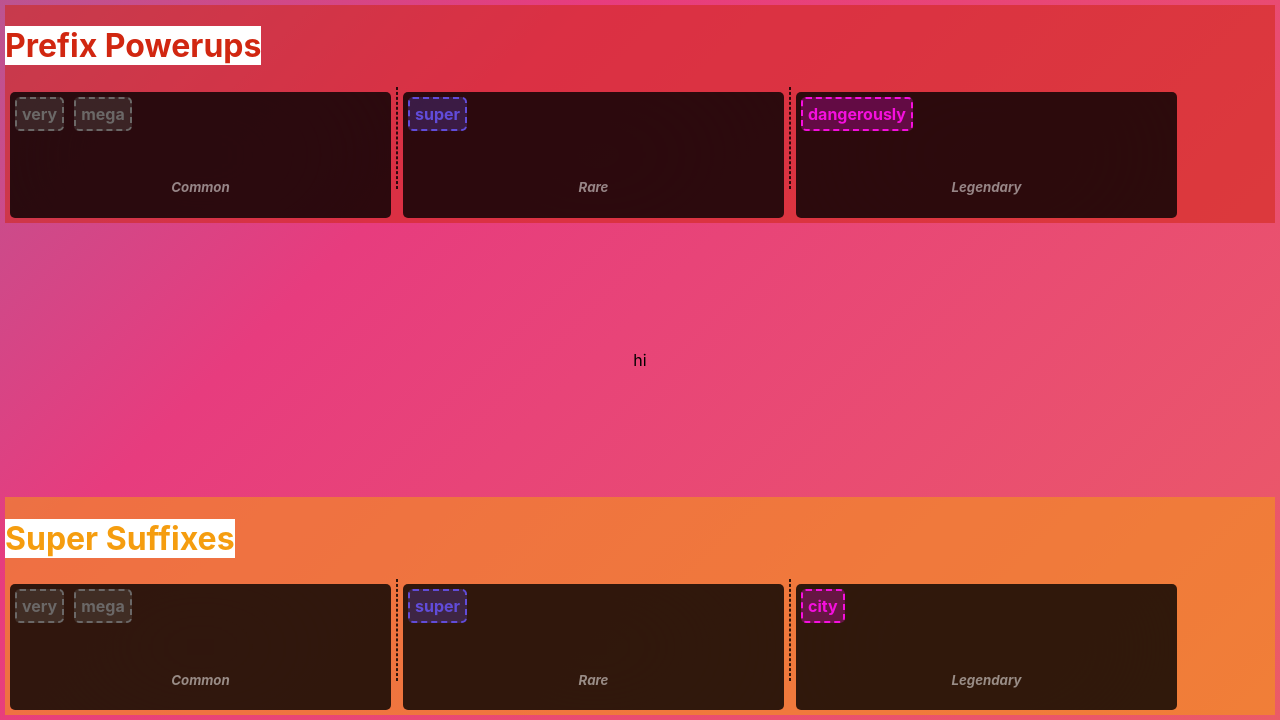
Repository: bsalgado98/buns-inator
Page: /
The author's editor kept a copy of each file at every save. The page is drawn from the files as they stood at one save, then again after the next save.
The browser window is 1280 px wide. The pictures show the whole page.
The project was rebuilt for these pictures with package versions that can differ from the ones it lists, and the page was loaded fresh each time.

Above is the page before, as saved 2022-04-25 23:24:12.

After the next save:
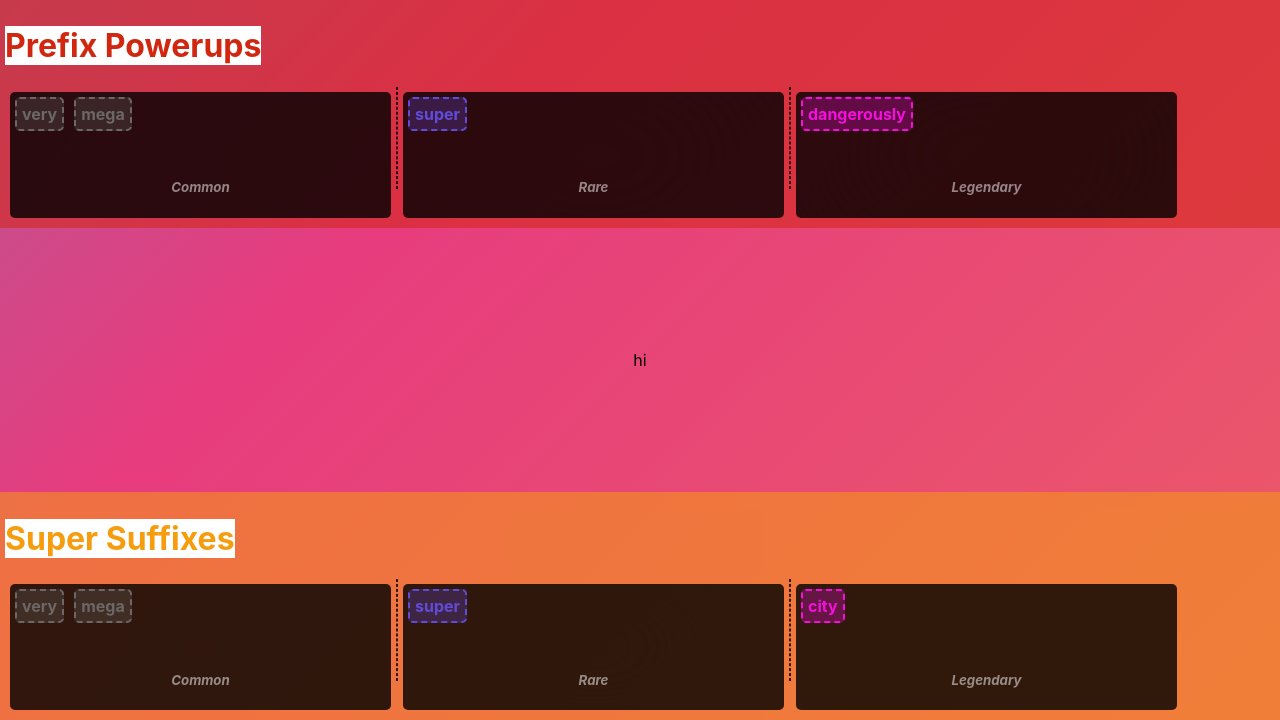
Saved 6 s later.
--- a/src/components/WordBank/WordBank.js
+++ b/src/components/WordBank/WordBank.js
@@ -7,7 +7,7 @@ const WordBank = ({ bankTitle = "N/A", color = "#000000", wordCollection = [] })
                 backgroundColor: `${color}88`,
                 display: 'flex',
                 flexDirection: 'column',
-                margin: '5px'
+                padding: '5px'
             }
         },
         title: {
